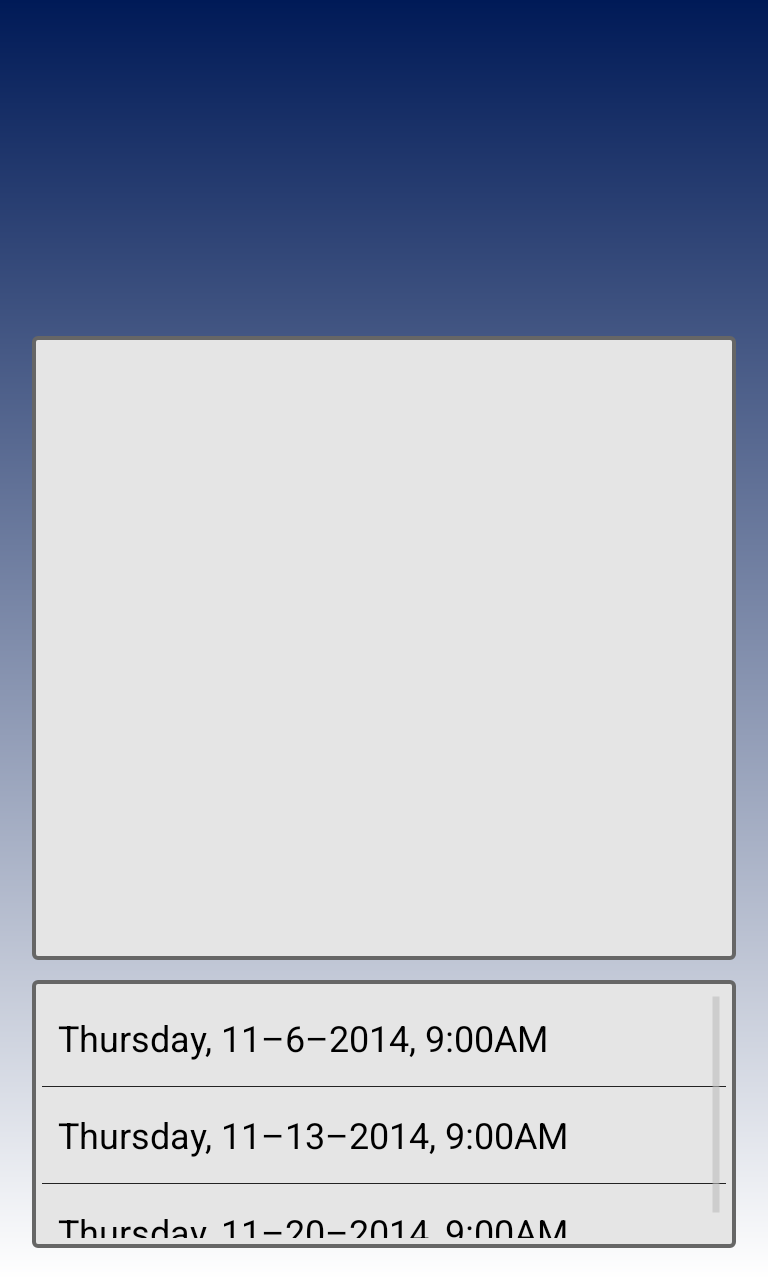
Repository: duke-compsci408-fall2014/GlassRx
Layout: AndroidRx/res/layout/activity_patient_medication.xml
These files come from the project's save history. The layout is drawn as it stood at one moment and after the next save; the edit follows.
It is drawn on a 768 x 1280 px phone screen (xhdpi) without system bars, with theme AppTheme; the app's code is not run. Lists and similar views that code fills are empty.

Above is the layout before, as saved 2014-11-19 22:16:02.

### AndroidRx/res/layout/activity_patient_medication.xml
<LinearLayout xmlns:android="http://schemas.android.com/apk/res/android"
    xmlns:tools="http://schemas.android.com/tools"
    android:layout_width="match_parent"
    android:layout_height="match_parent"
    android:paddingBottom="@dimen/activity_vertical_margin"
    android:paddingLeft="@dimen/activity_horizontal_margin"
    android:paddingRight="@dimen/activity_horizontal_margin"
    android:paddingTop="@dimen/activity_vertical_margin"
    android:weightSum="1"
    android:orientation="vertical"
    tools:context="com.compsci408.androidrx.patient.PatientMedicationActivity" >


    <LinearLayout
        android:layout_width="match_parent"
        android:layout_height="0dp"
        android:layout_weight=".25"
        android:weightSum="1"
        android:orientation="horizontal">

        <ImageView
	        android:id="@+id/imageview_med"
	        android:layout_width="0dp"
	        android:layout_height="match_parent"
	        android:layout_weight=".5"
	        android:contentDescription="@string/medication_icon" />

	    <TextView
	        android:id="@+id/textview_med_name"
	        android:layout_width="0dp"
	        android:layout_height="wrap_content"
	        android:layout_gravity="center_vertical"
	        android:layout_weight=".5"
	        android:gravity="bottom"
	        android:textAppearance="?android:attr/textAppearanceLarge"
	        android:textColor="@color/white" />

    </LinearLayout>


    <LinearLayout
        android:layout_width="match_parent"
        android:layout_height="0dp"
        android:layout_weight=".75"
        android:orientation="vertical"
        android:weightSum="1" >

        <ListView
            android:id="@+id/listview_med_details"
            android:layout_width="match_parent"
            android:layout_height="0dp"
            android:layout_weight=".7">
        </ListView>

        <ListView
	        android:id="@+id/listview_med_events"
	        android:layout_width="match_parent"
	        android:layout_height="0dp"
		    android:layout_weight=".3"
	        android:layout_marginTop="10dp"
	        android:entries="@array/alarm_array" >
	    </ListView>

    </LinearLayout>



</LinearLayout>

### AndroidRx/res/drawable/gradient_background.xml
<?xml version="1.0" encoding="utf-8"?>
<shape xmlns:android="http://schemas.android.com/apk/res/android" >
    <gradient
            android:angle="90"
            android:endColor="@color/duke_blue"
            android:startColor="@color/white"
            android:type="linear" >
     </gradient>
</shape>

### AndroidRx/res/drawable/custom_listview.xml
<?xml version="1.0" encoding="utf-8"?>
<shape xmlns:android="http://schemas.android.com/apk/res/android" >

    <solid android:color="@color/light_gray"/>
    <stroke android:color="@color/dark_gray" android:width="2dp" />
    <corners
     	android:bottomRightRadius="2dp"
     	android:bottomLeftRadius="2dp"
  		android:topLeftRadius="2dp"
  		android:topRightRadius="2dp"/>
</shape>

### AndroidRx/res/values/colors.xml
<?xml version="1.0" encoding="utf-8"?>
<resources>

    <item name="black" type="color">#FF000000</item>
    <item name="white" type="color">#FFFFFFFF</item>
    <item name="duke_blue" type="color">#FF001A57</item>
    <item name="dark_gray" type="color">#FF666666</item>
    <item name="light_gray" type="color">#FFE5E5E5</item>
    <item name="red" type="color">#FFFF0000</item>

    <integer-array name="colors">
        <item>@color/black</item>
        <item>@color/white</item>
        <item>@color/duke_blue</item>
        <item>@color/dark_gray</item>
        <item>@color/light_gray</item>
        <item>@color/red</item>
    </integer-array>

</resources>

### AndroidRx/res/drawable/custom_spinner.xml
<?xml version="1.0" encoding="UTF-8"?>
<shape xmlns:android="http://schemas.android.com/apk/res/android" >
    <solid android:color="@color/white" />
    <stroke
        android:width="1dp"
        android:color="@color/dark_gray" />
</shape>

### AndroidRx/res/drawable/custom_edittext.xml
<?xml version="1.0" encoding="utf-8"?>
<shape xmlns:android="http://schemas.android.com/apk/res/android" >

    <solid android:color="@color/white"/>
    <stroke android:color="@color/dark_gray" android:width="2dp" />
    <corners
     	android:bottomRightRadius="2dp"
     	android:bottomLeftRadius="2dp"
  		android:topLeftRadius="2dp"
  		android:topRightRadius="2dp"/>
</shape>

### AndroidRx/res/drawable/custom_button.xml
<?xml version="1.0" encoding="utf-8"?>
<selector xmlns:android="http://schemas.android.com/apk/res/android" >
    <item android:state_selected="true" android:drawable="@drawable/custom_button_selected"/>
    <item android:state_pressed="true" android:drawable="@drawable/custom_button_pressed"/>
    <item android:drawable="@drawable/custom_button_default"/>
</selector>

### AndroidRx/res/drawable/custom_button_selected.xml
<?xml version="1.0" encoding="utf-8"?>
<shape xmlns:android="http://schemas.android.com/apk/res/android" >

    <solid android:color="#FF333333"/>
    <corners android:radius="2dp" />

</shape>

### AndroidRx/res/drawable/custom_button_pressed.xml
<?xml version="1.0" encoding="utf-8"?>
<shape xmlns:android="http://schemas.android.com/apk/res/android" >

    <solid android:color="#66666666"/>
    <corners android:radius="2dp" />

</shape>

### AndroidRx/res/drawable/custom_button_default.xml
<?xml version="1.0" encoding="utf-8"?>
<shape xmlns:android="http://schemas.android.com/apk/res/android" >

    <solid android:color="@color/dark_gray"/>
    <corners android:radius="2dp"/>

</shape>

### AndroidRx/res/values/strings.xml
<?xml version="1.0" encoding="utf-8"?>
<resources>

    <string name="app_name">AndroidRx</string>
    <string name="hello_world">Hello world!</string>
    <string name="action_settings">Settings</string>
    <string name="action_logout">Log Out</string>
    <string name="androidrx">AndroidRx</string>
    <string name="add_med">+ Add Events</string>
    <string name="new_med">New Medication</string>
    <string name="enter_med_name">Medication Name</string>
    <string name="medication_icon">Medication Icon</string>
    <string name="duke_logo">Duke Logo</string>
    <string name="set_day_time">Set Day and Time</string>
    <string name="set">Set</string>
    <string name="cancel">Cancel</string>
    <string name="new_prescription">New</string>
    <string name="repeat">Repeat</string>
    <string name="weeks">Weeks</string>
    <string name="select_date">Select a Date</string>
    <string name="dose_quantity">Dose</string>
    <string name="enter_dose_description">Description, e.g. \'Pill\', \'Drop\'</string>

    <string-array name="repeat_interval_list">
        <item>Daily</item>
        <item>Weekly</item>
    </string-array>
    <string-array name="repeat_interval_labels_list">
        <item>Days</item>
        <item>Weeks</item>
    </string-array>

    <!-- For testing purposes only; remove when real data is available -->
    <string-array name="patient_list">
        <item>Eli Manning</item>
        <item>Vincent Wang</item>
    </string-array>
    <string-array name="med_list">
        <item>Sertraline Hydrochloride</item>
        <item>Acetaminophen</item>
        <item>Monopril</item>
    </string-array>
    <string-array name="alarm_array">
        <item>Thursday, 11&#8211;6&#8211;2014, 9:00AM</item>
        <item>Thursday, 11&#8211;13&#8211;2014, 9:00AM</item>
        <item>Thursday, 11&#8211;20&#8211;2014, 9:00AM</item>
    </string-array>
    <string-array name="med_details_array">
        <item>Purpose:  Multivitamin</item>
        <item>Side Effects:  Yabba Dabba Diarrhea</item>
        <item>Dose:  1 Tablet</item>
        <item>Schedule:  Thursdays, 9:00AM</item>
    </string-array>

    <string name="title_activity_main">MainActivity</string>
    <string name="title_activity_splash">SplashActivity</string>
    <string name="title_activity_patient_list">Patient List</string>
    <string name="title_activity_patient">Patient Profile</string>
    <string name="title_activity_edit_med">Edit Medication</string>
    <string name="title_activity_new_prescription">New Prescription</string>
    <string name="title_activity_medication">Medication Details</string>
    <string name="med_name">Name:</string>
    <string name="med_purpose">Purpose:</string>
    <string name="med_side_effects">Side Effects:</string>
    <string name="done">Done</string>
    <string name="add_time">+ Add Time</string>
    <string name="title_activity_med_info">Med Info Activity</string>
    <string name="title_activity_picture">PictureActivity</string>
    <string name="monday">Monday</string>
    <string name="tuesday">Tuesday</string>
    <string name="wednesday">Wednesday</string>
    <string name="thursday">Thursday</string>
    <string name="friday">Friday</string>
    <string name="saturday">Saturday</string>
    <string name="sunday">Sunday</string>
    <string name="morning">Morning</string>
    <string name="afternoon">Afternoon</string>
    <string name="evening">Evening</string>
    <string name="time_of_day">Select time of day</string>
    <string name="title_activity_provider_medication">Medication Info</string>
    <string name="title_activity_patient_new_prescriptions">New Prescriptions</string>
    <string name="title_activity_patient_profile">My Profile</string>
    <string name="title_activity_patient_set_schedule">PatientSetScheduleActivity</string>

</resources>

Loaded but not shown: AndroidRx/res/values/styles.xml (common file); AndroidRx/res/values-v11/styles.xml (common file); AndroidRx/res/values-v14/styles.xml (common file); AndroidRx/res/values/dimens.xml (common file); AndroidRx/res/values-w820dp/dimens.xml (common file)

After the next save:
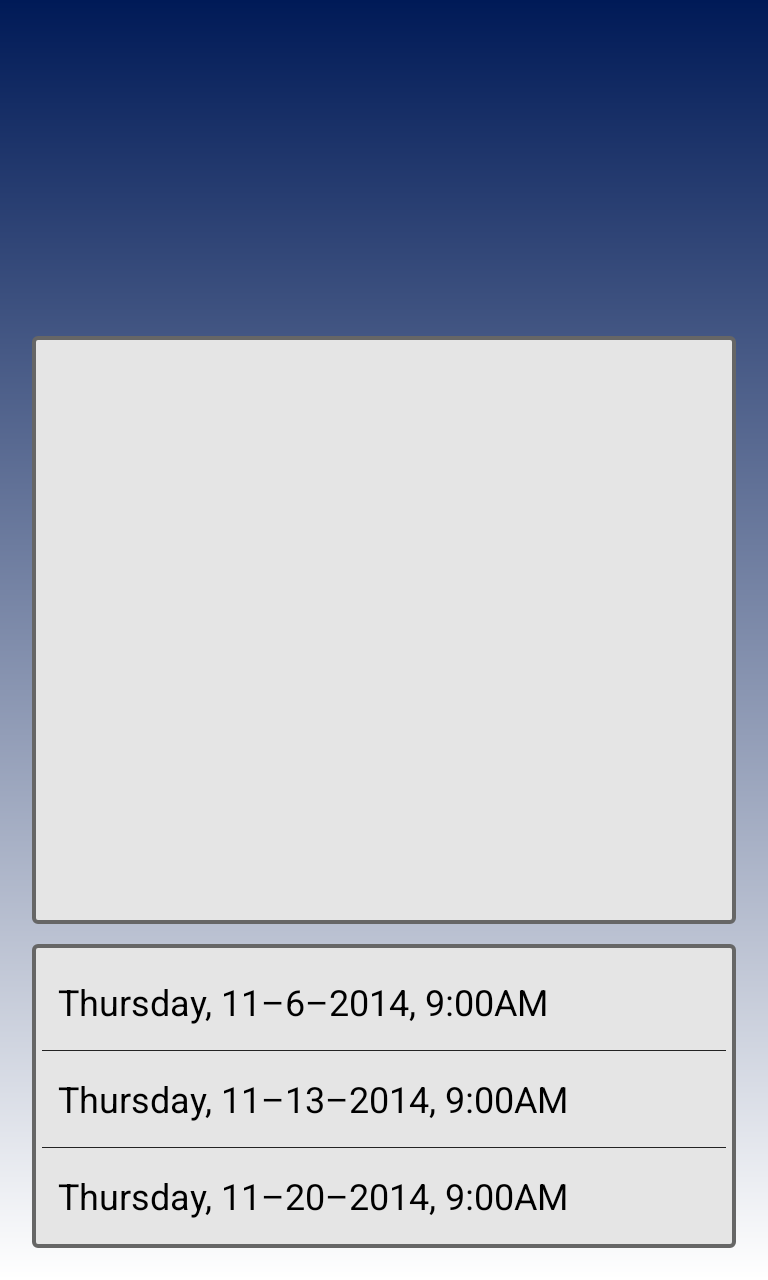
Saved 100 s later.
--- a/AndroidRx/res/layout/activity_patient_medication.xml
+++ b/AndroidRx/res/layout/activity_patient_medication.xml
@@ -49,14 +49,14 @@
             android:id="@+id/listview_med_details"
             android:layout_width="match_parent"
             android:layout_height="0dp"
-            android:layout_weight=".7">
+            android:layout_weight=".66">
         </ListView>
 
         <ListView
 	        android:id="@+id/listview_med_events"
 	        android:layout_width="match_parent"
 	        android:layout_height="0dp"
-		    android:layout_weight=".3"
+		    android:layout_weight=".34"
 	        android:layout_marginTop="10dp"
 	        android:entries="@array/alarm_array" >
 	    </ListView>
